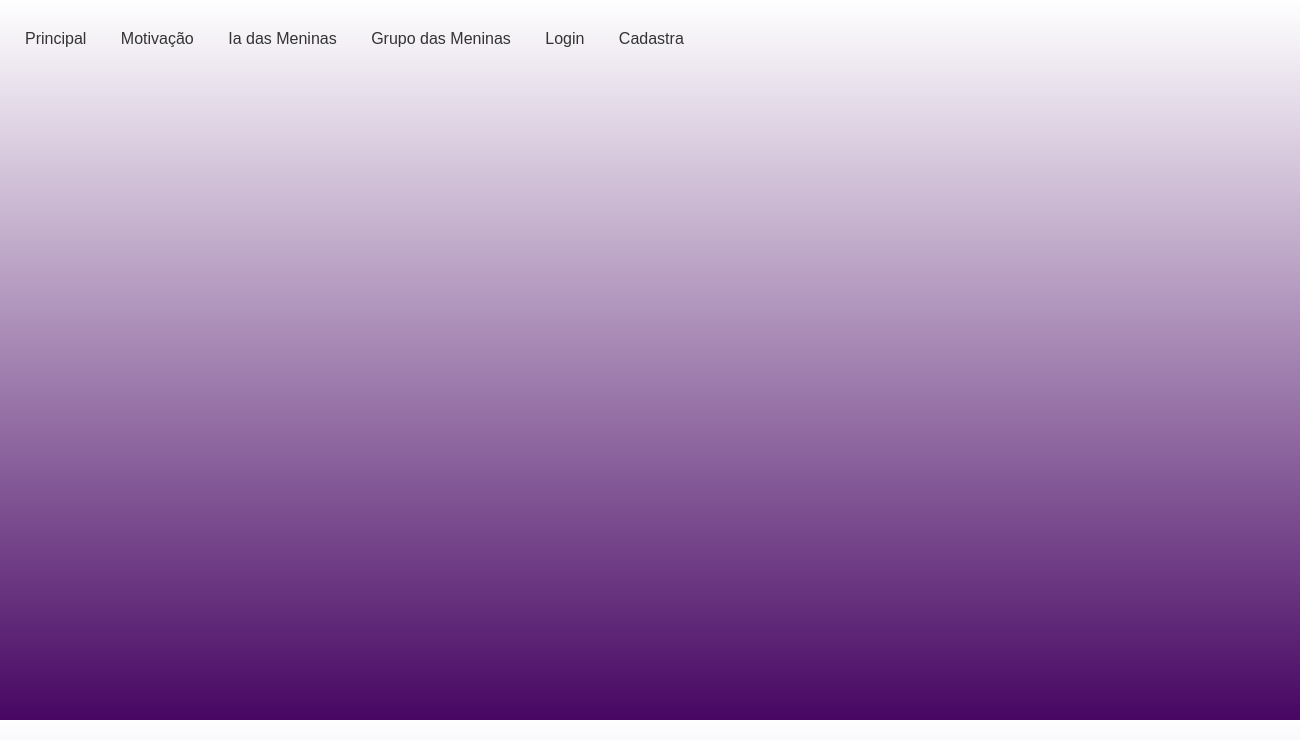
Repository: joaobatistafrontend/pref
Page: http://localhost/
These files come from the project's save history. The page is drawn as it stood at one moment and after the next save; the edit follows.
The browser window is 1280 px wide. The page is 1300 px wide, so the pictures cover 1300 px, including what lies to the right of the window. The pictures show the whole page.
The page is served by the project's application, run on Django 4.2 (manage.py). Other server files are loaded and not shown.

Above is the page before, as saved 2024-07-26 14:46:55.

### templates/index.html
{% load  static %}
<!DOCTYPE html>
<html lang="en">
<head>
    <meta charset="UTF-8">
    <meta name="viewport" content="width=device-width, initial-scale=1.0">
    <title>Document</title>

    {% load static %}
    <link rel="stylesheet" href="{% static 'css/index.css' %}"></head>
<body>
    <div class="hero" >
        <nav>
            <ul>
                <li><a href="">Principal</a></li>
                <li><a href="">Motivação</a></li>
                <li><a href="">Ia das Meninas</a></li>
                <li><a href="">Grupo das Meninas</a></li>
                <li><a href="">Login</a></li>
                <li><a href="">Cadastra</a></li>
            </ul>
        </nav>
    </div>
</body>
</html>

### chat_app/views.py
#https://espere.in/Build-your-chatbot-with-the-power-of-Gemini-API-using-Django/
from django.shortcuts import render, reverse
from django.contrib.auth.decorators import login_required
from .models import ChatBot
from django.http import HttpResponseRedirect, JsonResponse
import google.generativeai as genai
from .treinamentos import contexto_inicial, contexto_de_estudos
#chave api
genai.configure(api_key="AIzaSyCkg2khwEkqTQ7kYa8gVzsz2bWWpweUEO8")


@login_required
def ask_question(request):
    if request.method == "POST":
        text = request.POST.get("text")#receber o texto do user
        model = genai.GenerativeModel("gemini-pro")#modelo da ia

        chat = model.start_chat()#iniciar um chat

        #receber o texto do usuario como parametro
        response = chat.send_message(f"O assunto que vamos conversar é sobre responder perguntas frequentes e prestar suporte a assuntos relacionados às políticas públicas voltadas para as mulheres. Tenha conhecimento e forneça aconselhamento acessível para o {user}. Use as seguintes leis e contextos para ajudar: {contexto_inicial} e {contexto_de_estudos}. Foque em dados do Ceará. Mantenha o foco em responder perguntas frequentes e prestar suporte a assuntos relacionados às políticas públicas voltadas para as mulheres."
)
        user = request.user #ususario
        ChatBot.objects.create(text_input=text, gemini_output=response.text, user=user)#criar um batepapo

        response_data = {#extrair apenas a resposta
            "text": response.text,  #tranforma a resposta em texto
        }
        return JsonResponse({"data": response_data})
    else:
        return HttpResponseRedirect(
            reverse("chat")
        )


@login_required
def chat(request):
    user = request.user #saber o user autenticado
    chats = ChatBot.objects.filter(user=user)
    return render(request, "chat_bot.html", {"chats": chats})

def index(request):

    return render(request, "index.html")

### chatbot/urls.py

from django.contrib import admin
from django.urls import path, include

urlpatterns = [
    path('admin/', admin.site.urls),
    path('', include('chat_app.urls'))
]

### chat_app/urls.py

from django.contrib import admin
from django.urls import path, include
from . import views

urlpatterns = [
    path("", views.index, name="index"),
    path("ask_question/", views.ask_question, name="ask_question"),
]

### chat_app/treinamentos.py
#visão geral das políticas públicas para mulheres no Brasil
contexto_inicial = (
    "1. Visão Geral: As políticas públicas para as mulheres no Brasil têm evoluído ao longo dos anos, refletindo mudanças nas normas sociais, avanços no movimento feminista e maior reconhecimento dos direitos das mulheres.\n\n"

    "2. Marcos Históricos:\n"
    "* Criação do Conselho Nacional dos Direitos da Mulher (CNDM) em 1985.\n"
    "* Aprovação da Lei do Divórcio (Lei 6.515/1977) e da Lei dos Crimes Hediondos (Lei 8.072/1990), que incluía o feminicídio como crime hediondo.\n"
    "* Aprovação da Lei de Igualdade Salarial (Lei 7.855/1989).\n"
    "* Criação das Delegacias de Defesa da Mulher.\n\n"

    "3. Leis e Programas Recentes:\n"
    "* Aprovação da Lei Maria da Penha em 2006.\n"
    "* Criação do Programa Bolsa Família em 2003.\n"
    "* Criação do Programa de Assistência Integral à Saúde da Mulher (PAISM).\n"
    "* Política Nacional de Enfrentamento à Violência contra as Mulheres.\n\n"

    "4. Outras Iniciativas Importantes:\n"
    "* Lei de Cotas para Mulheres em Eleições em 1997.\n"
    "* Criação do Programa Pronatec Mulheres em 2011.\n"
    "* Aprovação da Lei do Feminicídio (Lei 13.104/2015).\n\n"

    "5. Medidas Recentes:\n"
    "* Lei da Importunação Sexual (Lei 13.718/2018).\n"
    "* Criação do Ligue 180 em 2013.\n"
    "* Plano Nacional de Políticas para as Mulheres (PNPM).\n"
    "* Política Nacional de Saúde Mental e Direitos das Mulheres.\n"
    "* Medidas para Promover a Igualdade de Gênero no Mercado de Trabalho.\n\n"
)

contexto_de_estudos = (
    "1. Legislação e Normas:\n"
    "  * Leis federais e estaduais: Lei Maria da Penha, Lei do Feminicídio, etc.\n"
    "  * Decretos e portarias.\n"
    "  * Normas técnicas.\n\n"

    "2. Programas e Iniciativas:\n"
    "  * Programas governamentais.\n"
    "  * Iniciativas de ONGs.\n\n"

    "3. Serviços Disponíveis:\n"
    "  * Centros de Atendimento.\n"
    "  * Telefones de Emergência.\n\n"

    "4. Estatísticas e Estudos:\n"
    "  * Dados estatísticos.\n"
    "  * Estudos e pesquisas.\n\n"

    "5. Direitos e Benefícios:\n"
    "  * Direitos das mulheres.\n"
    "  * Benefícios sociais.\n\n"

    "6. Processos e Procedimentos:\n"
    "  * Como acessar serviços.\n"
    "  * Procedimentos legais.\n\n"

    "7. Educação e Capacitação:\n"
    "  * Cursos e treinamentos.\n"
    "  * Campanhas educativas.\n\n"

    "8. Informações Regionais:\n"
    "  * Especificidades locais.\n\n"

    "Fontes de Dados:\n"
    "  * Sites oficiais do governo.\n"
    "  * Organizações internacionais.\n"
    "  * Instituições de pesquisa.\n"
    "  * Documentos legais.\n"
)

### static/css/index.css
*{
    margin: 0;
    padding: 0;
    font-family:sans-serif;
}
body{
    height: 100vh;
    background: linear-gradient(transparent, #470763);

}
.hero{
    width: 100%;
    min-height: 100vh;
    /* background: linear-gradient(#720872, #470763); */

    padding: 10px 10px;
    overflow: hidden;
}
.nav{
    display: flex;
    padding: 10px 0;
    align-items: center;
    justify-content: space-between;
}
.logo{
    width: 80px;
}
nav ul li{
    justify-content: center;
    display: inline-block;
    list-style: none;
    margin: 20px 15px;
}
nav ul li a{
    text-decoration: none;
    color:  #333;
    font-weight: 400;
}

After the next save:
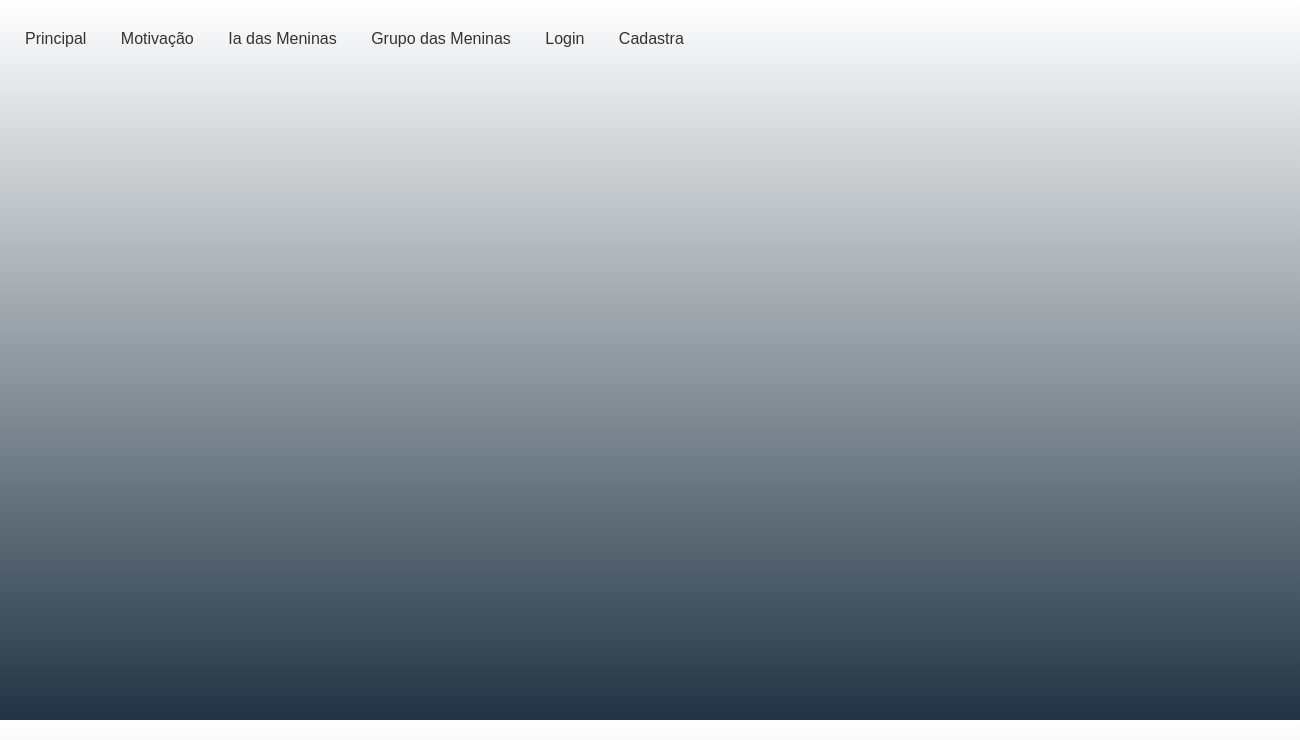
Saved 5 s later.
--- a/static/css/index.css
+++ b/static/css/index.css
@@ -5,7 +5,7 @@
 }
 body{
     height: 100vh;
-    background: linear-gradient(transparent, #470763);
+    background: linear-gradient(transparent, #213444);
 
 }
 .hero{
